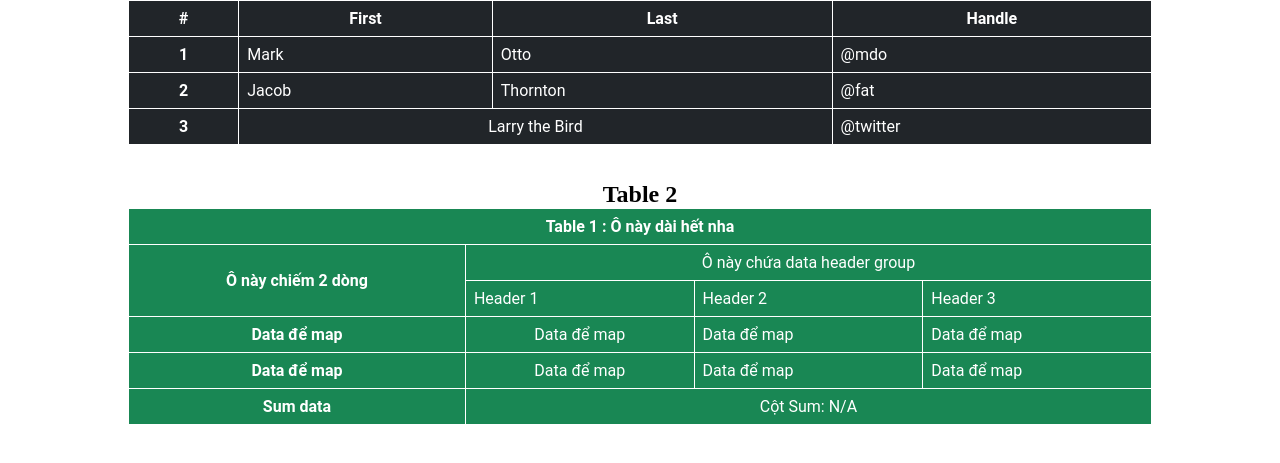
Repository: ThuatDev/BTVN_FE_JUNE
Page: index.html
An editor plug-in stored every save of this project. The page is shown before and after the next save, followed by the edit.
The browser window is 1280 px wide. The pictures show the whole page.

Above is the page before, as saved 2023-08-02 15:37:14.

After the next save:
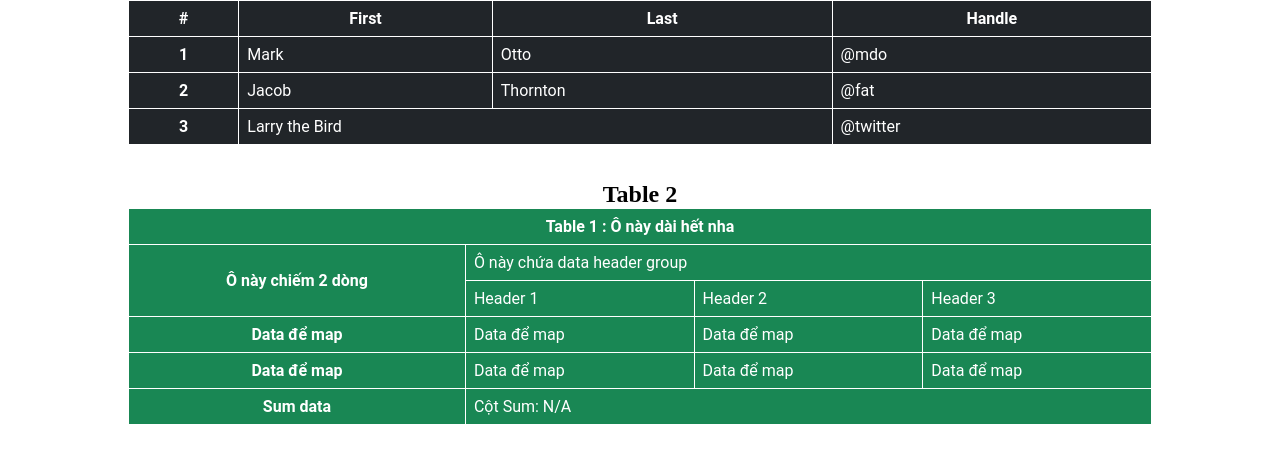
Saved 4 s later.
--- a/index.html
+++ b/index.html
@@ -108,7 +108,6 @@
       /* Đặt padding cho thẻ <td> có colspan */
       .table td[colspan] {
         padding: 8px;
-        text-align: center; /* Căn giữa văn bản trong ô có colspan */
       }
 
       /* Đặt padding cho thẻ <th> trong thead */
